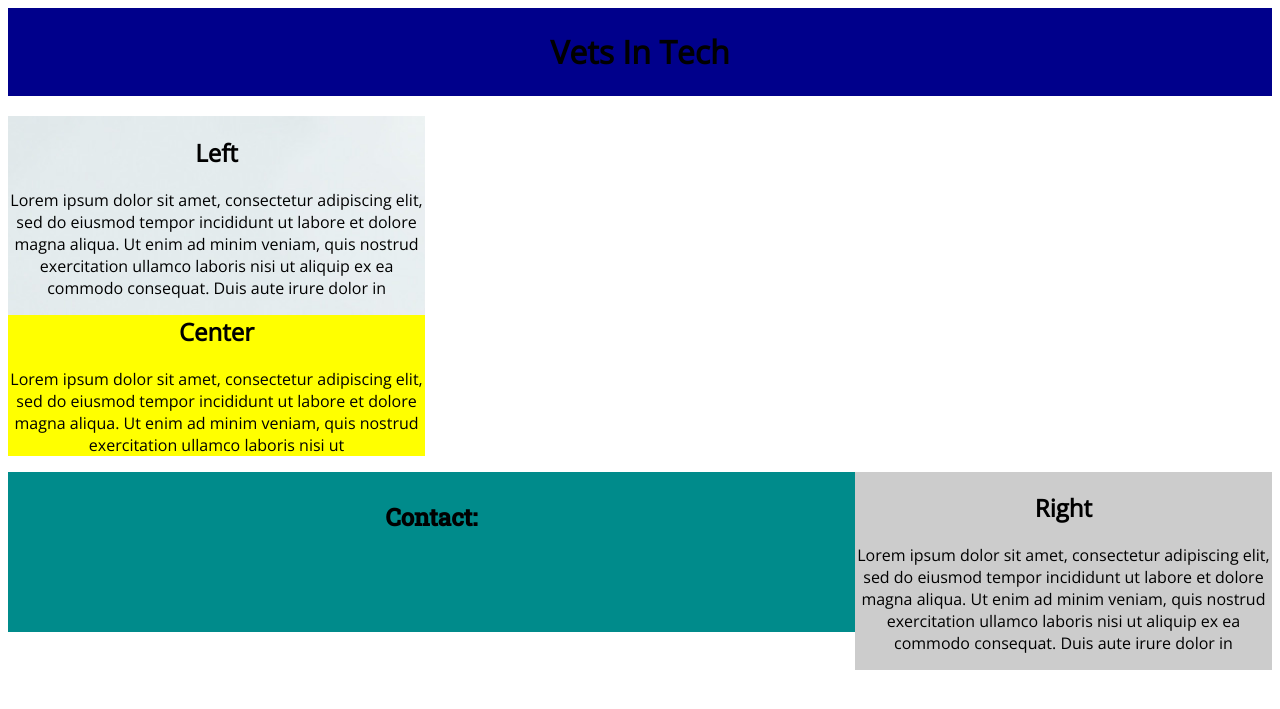
Repository: 3EyEdRav3n/10-2020-cohort-course
Page: week-1/Week-1 Assignment/index.html
An editor plug-in stored every save of this project. The page is shown before and after the next save, followed by the edit.
The browser window is 1280 px wide. The pictures show the whole page.

Above is the page before, as saved 2020-11-01 20:56:22.

After the next save:
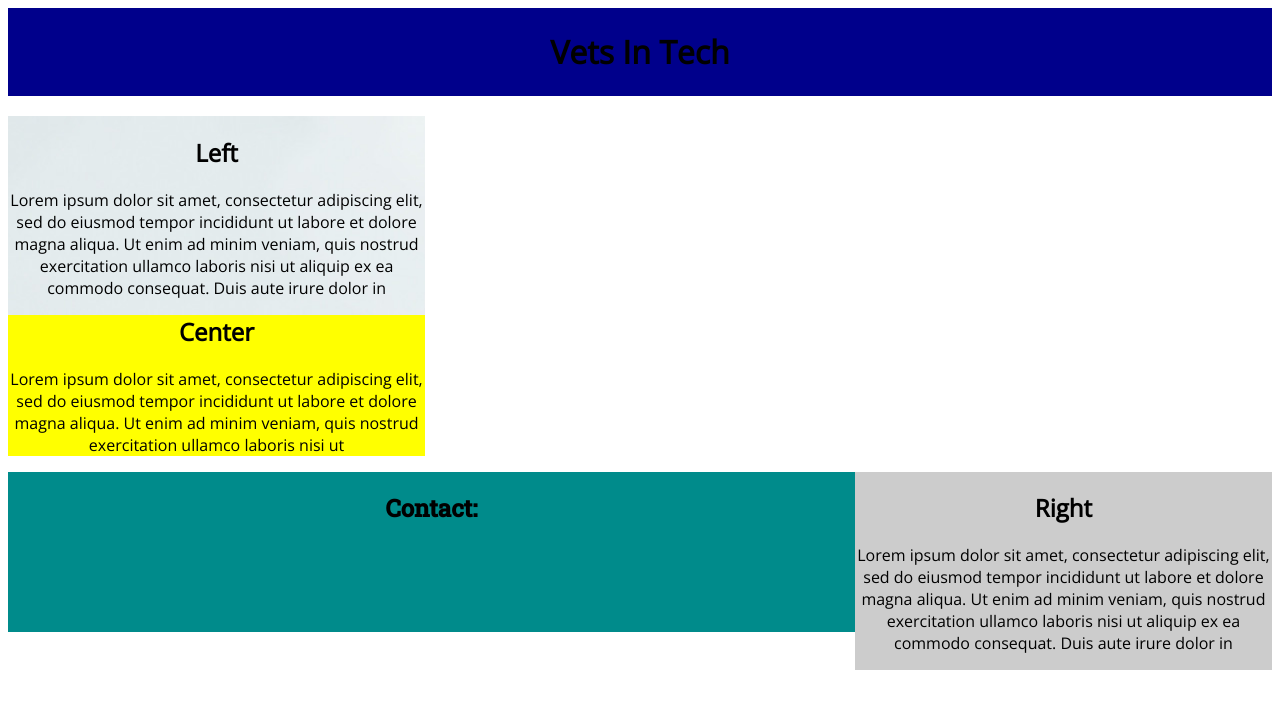
Saved 23 s later.
--- a/week-1/Week-1 Assignment/styles.css
+++ b/week-1/Week-1 Assignment/styles.css
@@ -33,7 +33,7 @@
         background-color: darkcyan;
         text-align: center;
         height: 10rem;
-        padding-top: 10px;
+        padding-top: 1px;
         box-sizing: border-box;
 }
 
